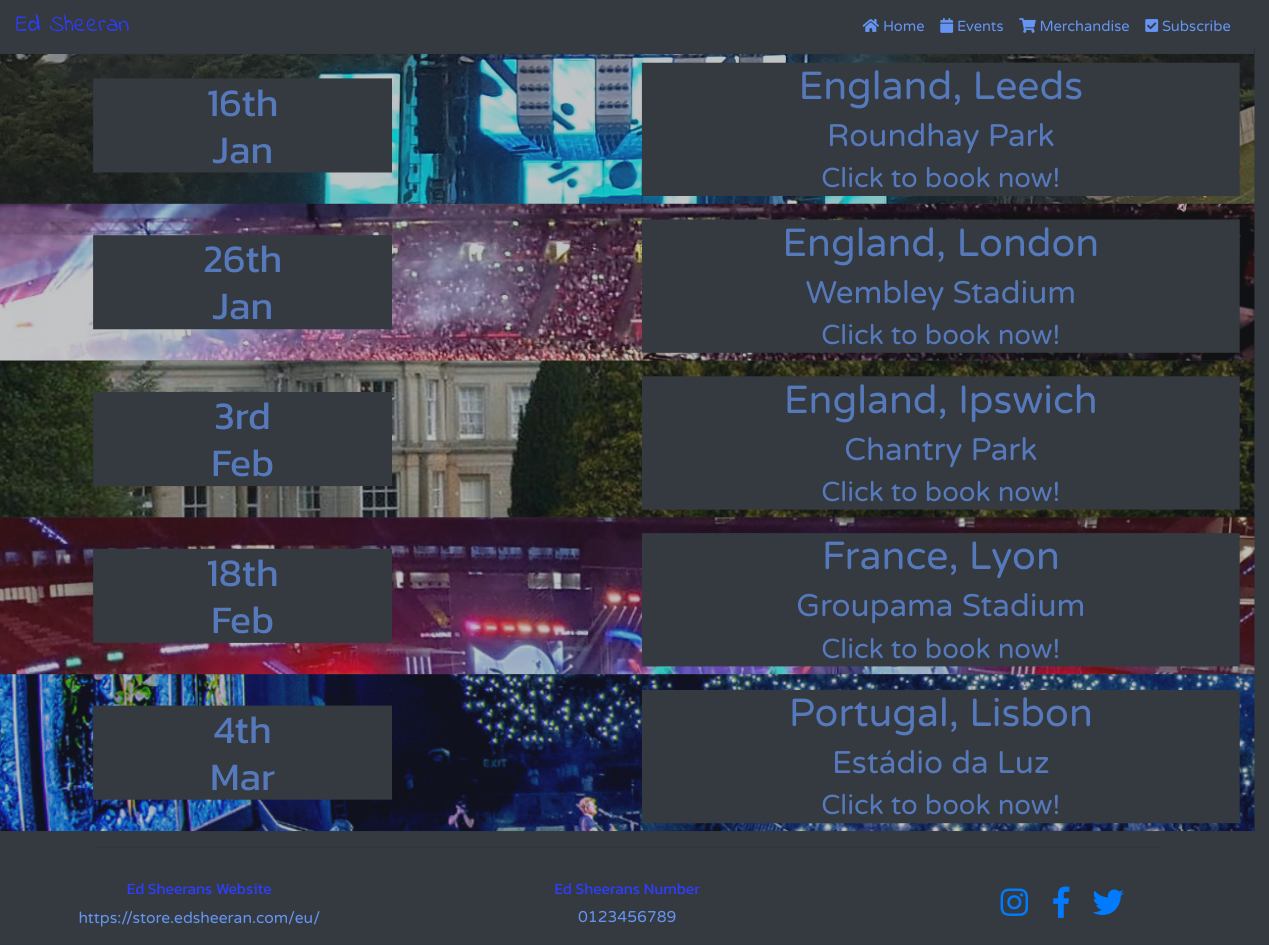
Repository: amit238/milestone-project-1
Page: events.html
The author's editor kept a record of every edit. The page is drawn from the files as they stood at one moment, then again after the next edit.
The browser window is 1280 px wide. The page is 1295 px wide, so the pictures cover 1295 px, including what lies to the right of the window. The pictures show the whole page, at 98% of full size.
Some web libraries are served in a nearby version.

Above is the page before.

### events.html
<!DOCTYPE html>
<html lang="en">

<head>
  <meta charset="UTF-8">
  <meta name="viewport" content="width=device-width, initial-scale=1.0">
  <meta http-equiv="X-UA-Compatible" content="ie=edge">
  <link rel="stylesheet" href="https://maxcdn.bootstrapcdn.com/bootstrap/4.2.1/css/bootstrap.min.css" type="text/css" />
  <link rel="stylesheet" href="https://use.fontawesome.com/releases/v5.0.10/css/all.css" integrity="sha384-+d0P83n9kaQMCwj8F4RJB66tzIwOKmrdb46+porD/OvrJ+37WqIM7UoBtwHO6Nlg" crossorigin="anonymous">
  <link href="https://fonts.googleapis.com/css?family=Indie+Flower|Kanit|Varela+Round&display=swap" rel="stylesheet">
  <link rel="stylesheet" href="assets/css/style.css">
  <title>Ed Sheeran - User Centric Frontend Project</title>
</head>

<body>
  <nav class="navbar fixed-top navbar-expand-lg navbar-dark bg-dark">
    <a class="edsheeran-brand">Ed Sheeran</a>
    <button type="button" class="navbar-toggler" data-toggle="collapse" data-target="#main-menu" aria-expanded="true">
                <span class="navbar-toggler-icon"></span>
            </button>
    <div id="main-menu" class="navbar-collapse collapse">
      <ul class="navbar-nav ml-auto">
        <li class="nav-item active"><a class="nav-link" href="index.html"><i class="fas fa-home"></i> Home</a></li>
        <li class="nav-item"><a class="nav-link" href="events.html"><i class="fas fa-calendar"></i> Events</a></li>
        <li class="nav-item"><a class="nav-link" href="merchandise.html"><i class="fas fa-shopping-cart"></i> Merchandise</a></li>
        <li class="nav-item"><a class="nav-link" href="subscribe.html"><i class="fas fa-check-square"></i> Subscribe</a></li>
      </ul>
    </div>
  </nav>
  <div class="container-fluid">
    <a style="text-decoration: none" href="https://www.edsheeran.com/tour" class="hyper-colour">
    <div class="row events-leeds">
      <div class="col-6">
        <div class="events-left">
          <h1>16th<br>Jan</h1>
        </div>
      </div>
      <div class="col-6">
        <div class="events-center">
          <h1>England, Leeds</h1>
          <h2>Roundhay Park</h2>
          <h3 class="bold">Click to book now!</h3>
        </div>
      </div>
    </div>
    </a>
    <a style="text-decoration: none" href="https://www.edsheeran.com/tour" class="hyper-colour">
    <div class="row events-london">
      <div class="col-6 opa">
        <div class="events-left">
          <h1>26th<br>Jan</h1>
        </div>
      </div>
      <div class="col-6">
        <div class="events-center">
          <h1>England, London</h1>
          <h2>Wembley Stadium</h2>
          <h3 class="bold">Click to book now!</h3>
        </div>
      </div>
    </div>
    </a>
    <a style="text-decoration: none" href="https://www.edsheeran.com/tour" class="hyper-colour">
    <div class="row events-ipswich">
      <div class="col-6">
        <div class="events-left">
          <h1>3rd<br>Feb</h1>
        </div>
      </div>
      <div class="col-6">
        <div class="events-center">
          <h1>England, Ipswich</h1>
          <h2>Chantry Park</h2>
          <h3 class="bold">Click to book now!</h3>
        </div>
      </div>
    </div>
    </a>
    <a style="text-decoration: none" href="https://www.edsheeran.com/tour" class="hyper-colour">
    <div class="row events-madrid">
      <div class="col-6">
        <div class="events-left">
          <h1>18th<br>Feb</h1>
        </div>
      </div>
      <div class="col-6">
        <div class="events-center">
          <h1>France, Lyon</h1>
          <h2>Groupama Stadium</h2>
          <h3 class="bold">Click to book now!</h3>
        </div>
      </div>
    </div>
    </a>
    <a style="text-decoration: none" href="https://www.edsheeran.com/tour" class="hyper-colour">
    <div class="row events-lisbon">
      <div class="col-6">
        <div class="events-left">
          <h1>4th<br>Mar</h1>
        </div>
      </div>
      <div class="col-6">
        <div class="events-center">
          <h1>Portugal, Lisbon</h1>
          <h2>Estádio da Luz</h2>
          <h3 class="bold">Click to book now!</h3>
        </div>
      </div>
    </div>
    </a>
  </div>
  <footer>
    <hr>
    <div class="row">
      <div class="col-sm-4">
        <h6 class=footer-header>Ed Sheerans Website</h6>
        <a href="https://store.edsheeran.com/eu/" target="_blank" class=footer-p>https://store.edsheeran.com/eu/</a>
      </div>
      <div class="col-sm-4">
        <h6 class=footer-header>Ed Sheerans Number</h6>
        <p class=footer-p>0123456789</p>
      </div>
      <div class="col-sm-4">
        <ul class="list-inline social-links">
          <li class="list-inline-item"><a target="_blank" href="https://www.facebook.com"><i></i></a>
          </li>
          <li class="list-inline-item"><a target="_blank" href="https://www.instagram.com/teddysphotos/?hl=en"><i class="fab fa-instagram fa-2x fa-fw"></i></a>
            <li class="list-inline-item"><a target="_blank" href="https://en-gb.facebook.com/EdSheeranMusic"><i class="fab fa-facebook-f fa-2x fa-fw"></i></a>
              <li class="list-inline-item"><a target="_blank" href="https://twitter.com/edsheeran?lang=en"><i class="fab fa-twitter fa-2x fa-fw"></i></a>
              </li>
        </ul>
      </div>
    </div>
  </footer>
  <script src="https://code.jquery.com/jquery-3.3.1.slim.min.js" integrity="sha384-q8i/X+965DzO0rT7abK41JStQIAqVgRVzpbzo5smXKp4YfRvH+8abtTE1Pi6jizo" crossorigin="anonymous"></script>
  <script src="https://cdnjs.cloudflare.com/ajax/libs/popper.js/1.14.6/umd/popper.min.js" integrity="sha384-wHAiFfRlMFy6i5SRaxvfOCifBUQy1xHdJ/yoi7FRNXMRBu5WHdZYu1hA6ZOblgut" crossorigin="anonymous"></script>
  <script src="https://stackpath.bootstrapcdn.com/bootstrap/4.2.1/js/bootstrap.min.js" integrity="sha384-B0UglyR+jN6CkvvICOB2joaf5I4l3gm9GU6Hc1og6Ls7i6U/mkkaduKaBhlAXv9k" crossorigin="anonymous"></script>
</body>

</html>

### assets/css/style.css
body {
    background-color: #343A40;
}


/*--------------------NAVBAR--------------------*/

.navbar.navbar-expand-lg.navbar-dark.bg-dark .edsheeran-brand {
    font-family: 'Indie Flower', cursive;
    color: #2E3EFF;
    font-size: 150%;
}

.navbar.navbar-expand-lg.navbar-dark.bg-dark .nav-link {
    font-family: 'Varela Round', sans-serif;
    color: #6594F1;
    font-size: 15px;
}

/*------------Navbar margin------------*/

.container-fluid {
    margin-top: 3em;
}

.marg {
    margin-top: 1em;
}


/*--------------------INDEX--------------------*/


/*-------------Carousel---------------*/

#carouselExampleCaptions {
    margin-top: 3em;
}

/*-----------About/Audio/Album Section------------*/

.card-title {
    font-family: 'Kanit', sans-serif;
}

.card-text {
    font-family: 'Varela Round', sans-serif;
}

.about-card {
    text-align: center;
    color: #2E3EFF;
    background-color: #343A40;
}


.audio-card {
    margin-top: 2em;
    text-align: center;
    color: #2E3EFF;
    background-color: #343A40;
}

.album-card {
    margin-top: 2em;
    text-align: center;
    color: #2E3EFF;
    background-color: #343A40;
    height: 14.8em;
}

.card-text {
    color: #6594F1;
}


/*-------------------------Events-------------------------*/

.hyper-colour {
    color: #6594F1;
}

.events-left {
    font-family: 'Kanit', sans-serif;
    text-align: center;
    margin-left: 5em;
    margin-top: 2em;
    color: #6594F1;
    background-color: #343A40;
    width: 50%;
    opacity: 1;
}


.events-center {
    font-family: 'Varela Round', sans-serif;
    text-align: center;
    margin-top: 1em;
    color: #6594F1;
    background-color: #343A40;
    width: 100%;
}


.events-leeds {
    background-image: url("../images/roundhay.png");
    background-repeat: no-repeat;
    opacity: 0.7;
}

.events-leeds:hover {
    opacity: 2;
    transition-duration: 1.5s;
}


.events-london {
    background-image: url("../images/wembley.png");
    background-repeat: no-repeat;
    opacity: 0.7;
}

.events-london:hover {
    opacity: 1;
    transition-duration: 1.5s;
}

.events-ipswich {
    background-image: url("../images/ipswich.png");
    background-repeat: no-repeat;
    opacity: 0.7;
}

.events-ipswich:hover {
    opacity: 1;
    transition-duration: 1.5s;

}

.events-madrid {
    background-image: url("../images/madrid.png");
    background-repeat: no-repeat;
    opacity: 0.7;
}

.events-madrid:hover {
    opacity: 1;
    transition-duration: 1.5s;
}


.events-lyon {
    background-image: url("../images/lyon.png");
    background-repeat: no-repeat;
    opacity: 0.7;
}

.events-lyon:hover {
    opacity: 1;
    transition-duration: 1.5s;

}

.events-lisbon {
    background-image: url("../images/lisbon.png");
    background-repeat: no-repeat;
    opacity: 0.7;
}

.events-lisbon:hover {
    opacity: 1;
    transition-duration: 1.5s;

}


@media only screen and (max-width: 599px) {
    .events-left {
        width: 100%;
        margin-left: 0em;
    }
    .events-center {
        width: 100%;
        margin-top: 1em;
    }
}

@media only screen and (max-width: 375px) {
    h1 {
        font-size: 25px;
    }
    h2 {
        font-size: 25px;
    }
    h3 {
        font-size: 25px;
    }
}

/*----------------------Merchandise-----------------------*/


.best-sellers {
    font-family: 'Kanit', sans-serif;
    text-decoration: underline;
    text-align: center;
    color: #6594F1;
    font-weight: 600;
    font-size: 30px;
    margin: 1em;
}

.latest-release {
    font-family: 'Kanit', sans-serif;
    text-decoration: underline;
    text-align: center;
    color: #6594F1;
    font-weight: 600;
    font-size: 30px;
    margin: 1em;
}

.card-title {
    font-family: 'Kanit', sans-serif;
    color: #2E3EFF;
}

.card-merch {
    font-family: 'Varela Round', sans-serif;
    background-color: #343A40;
    text-align: center;
}

@media only screen and (max-width: 768px) {
    .card-merch {
        margin: 1em;
    }
}


/*---------------------------Subscribe---------------------------*/

.sub-background {
    background-image: url("../images/ed-sheeran-singing.jpg");
    background-repeat: no-repeat;
    background-position: top;
    opacity: 0.7;
    height: 55em;
}

.sub-title {
    position: relative;
    top: 15em;
}

.sub-head {
    font-family: 'Kanit', sans-serif;
    text-align: center;
    font-size: 50px;
    background-color: #2E3EFF;
}

.sub-para {
    font-family: 'Varela Round', sans-serif;
    text-align: center;
    font-size: 25px;
    background-color: #6594F1;
}

.form {
    padding-top: 1em;
}

.sub-form {
    position: relative;
    top: 14em;
}

.sub-btn {
    text-align: center;
    padding-top: 1em;
}



.sub-background:hover {
    opacity: 1;
    transition-duration: 2s;
}

@media only screen and (max-width: 769px) {
    .sub-title {
        position: relative;
        top: 5em;
    }

    .sub-form {
        position: relative;
        top: 4em;
    }
}


/*--------------Subscribe - Second Part--------------*/

.sub-card-issue {
    text-align: center;
    background-color: #343A40;
    margin-top: 9em;
}

.blue {
    font-family: 'Kanit', sans-serif;
    color: #2E3EFF;
}

.lg-blue {
    font-family: 'Varela Round', sans-serif;
    color: #6594F1;
}

.sub-card-list {
    position: relative;
    right: 1em;
    text-align: center;
    background-color: #343A40;
    margin-top: 5em;
}

.sub-card-map {
    text-align: center;
    background-color: #343A40;
    margin-top: 1em;
}

.map {
    height: 50vh;
}


@media only screen and (max-width: 1199px) {
    .sub-card-issue {
        margin-top: 1em;
    }
    .sub-card-list {
        margin-top: 1em;
    }
}

/*-------------------------Footer----------------------------*/

footer {
    text-align: center;
}

hr {
    background: #3A3A3A;
    width: 85%;
}

.footer-header {
    font-family: 'Kanit', sans-serif;
    color: #2E3EFF;
    margin-top: 1em;
}

.list-inline {
    margin-top: 1.5em;
}

.footer-p {
    font-family: 'Varela Round', sans-serif;
    color: #6594F1;
}

After the next edit:
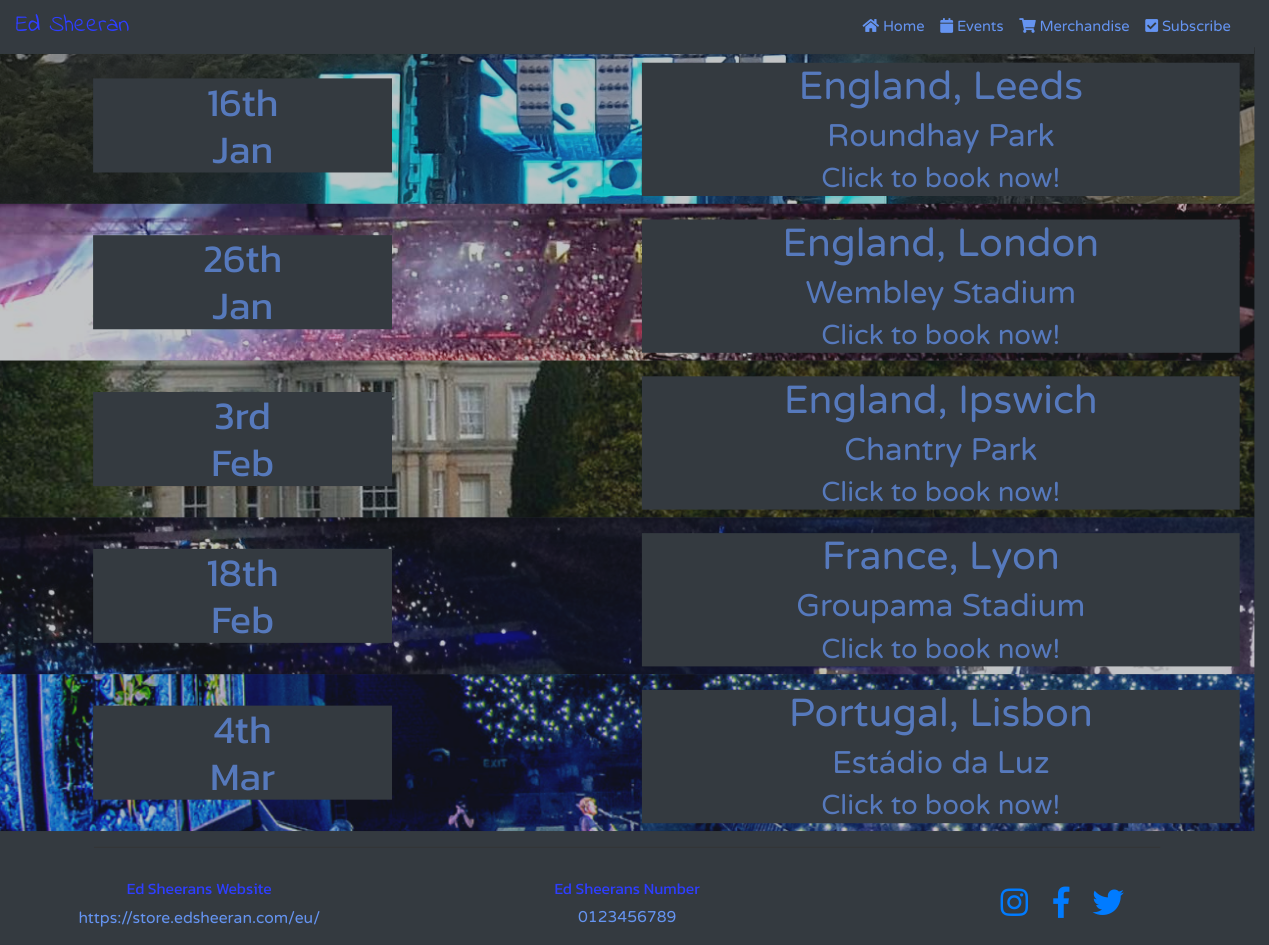
The edit:
--- a/events.html
+++ b/events.html
@@ -29,84 +29,84 @@
   </nav>
   <div class="container-fluid">
     <a style="text-decoration: none" href="https://www.edsheeran.com/tour" class="hyper-colour">
-    <div class="row events-leeds">
-      <div class="col-6">
-        <div class="events-left">
-          <h1>16th<br>Jan</h1>
+      <div class="row events-leeds">
+        <div class="col-6">
+          <div class="events-left">
+            <h1>16th<br>Jan</h1>
+          </div>
+        </div>
+        <div class="col-6">
+          <div class="events-center">
+            <h1>England, Leeds</h1>
+            <h2>Roundhay Park</h2>
+            <h3>Click to book now!</h3>
+          </div>
         </div>
       </div>
-      <div class="col-6">
-        <div class="events-center">
-          <h1>England, Leeds</h1>
-          <h2>Roundhay Park</h2>
-          <h3 class="bold">Click to book now!</h3>
+    </a>
+    <a style="text-decoration: none" href="https://www.edsheeran.com/tour" class="hyper-colour">
+      <div class="row events-london">
+        <div class="col-6 opa">
+          <div class="events-left">
+            <h1>26th<br>Jan</h1>
+          </div>
+        </div>
+        <div class="col-6">
+          <div class="events-center">
+            <h1>England, London</h1>
+            <h2>Wembley Stadium</h2>
+            <h3>Click to book now!</h3>
+          </div>
         </div>
       </div>
-    </div>
     </a>
     <a style="text-decoration: none" href="https://www.edsheeran.com/tour" class="hyper-colour">
-    <div class="row events-london">
-      <div class="col-6 opa">
-        <div class="events-left">
-          <h1>26th<br>Jan</h1>
+      <div class="row events-ipswich">
+        <div class="col-6">
+          <div class="events-left">
+            <h1>3rd<br>Feb</h1>
+          </div>
+        </div>
+        <div class="col-6">
+          <div class="events-center">
+            <h1>England, Ipswich</h1>
+            <h2>Chantry Park</h2>
+            <h3>Click to book now!</h3>
+          </div>
         </div>
       </div>
-      <div class="col-6">
-        <div class="events-center">
-          <h1>England, London</h1>
-          <h2>Wembley Stadium</h2>
-          <h3 class="bold">Click to book now!</h3>
+    </a>
+    <a style="text-decoration: none" href="https://www.edsheeran.com/tour" class="hyper-colour">
+      <div class="row events-lyon">
+        <div class="col-6">
+          <div class="events-left">
+            <h1>18th<br>Feb</h1>
+          </div>
+        </div>
+        <div class="col-6">
+          <div class="events-center">
+            <h1>France, Lyon</h1>
+            <h2>Groupama Stadium</h2>
+            <h3>Click to book now!</h3>
+          </div>
         </div>
       </div>
-    </div>
     </a>
     <a style="text-decoration: none" href="https://www.edsheeran.com/tour" class="hyper-colour">
-    <div class="row events-ipswich">
-      <div class="col-6">
-        <div class="events-left">
-          <h1>3rd<br>Feb</h1>
+      <div class="row events-lisbon">
+        <div class="col-6">
+          <div class="events-left">
+            <h1>4th<br>Mar</h1>
+          </div>
+        </div>
+        <div class="col-6">
+          <div class="events-center">
+            <h1>Portugal, Lisbon</h1>
+            <h2>Estádio da Luz</h2>
+            <h3>Click to book now!</h3>
+          </div>
         </div>
       </div>
-      <div class="col-6">
-        <div class="events-center">
-          <h1>England, Ipswich</h1>
-          <h2>Chantry Park</h2>
-          <h3 class="bold">Click to book now!</h3>
-        </div>
-      </div>
-    </div>
-    </a>
-    <a style="text-decoration: none" href="https://www.edsheeran.com/tour" class="hyper-colour">
-    <div class="row events-madrid">
-      <div class="col-6">
-        <div class="events-left">
-          <h1>18th<br>Feb</h1>
-        </div>
-      </div>
-      <div class="col-6">
-        <div class="events-center">
-          <h1>France, Lyon</h1>
-          <h2>Groupama Stadium</h2>
-          <h3 class="bold">Click to book now!</h3>
-        </div>
-      </div>
-    </div>
-    </a>
-    <a style="text-decoration: none" href="https://www.edsheeran.com/tour" class="hyper-colour">
-    <div class="row events-lisbon">
-      <div class="col-6">
-        <div class="events-left">
-          <h1>4th<br>Mar</h1>
-        </div>
-      </div>
-      <div class="col-6">
-        <div class="events-center">
-          <h1>Portugal, Lisbon</h1>
-          <h2>Estádio da Luz</h2>
-          <h3 class="bold">Click to book now!</h3>
-        </div>
-      </div>
-    </div>
     </a>
   </div>
   <footer>
